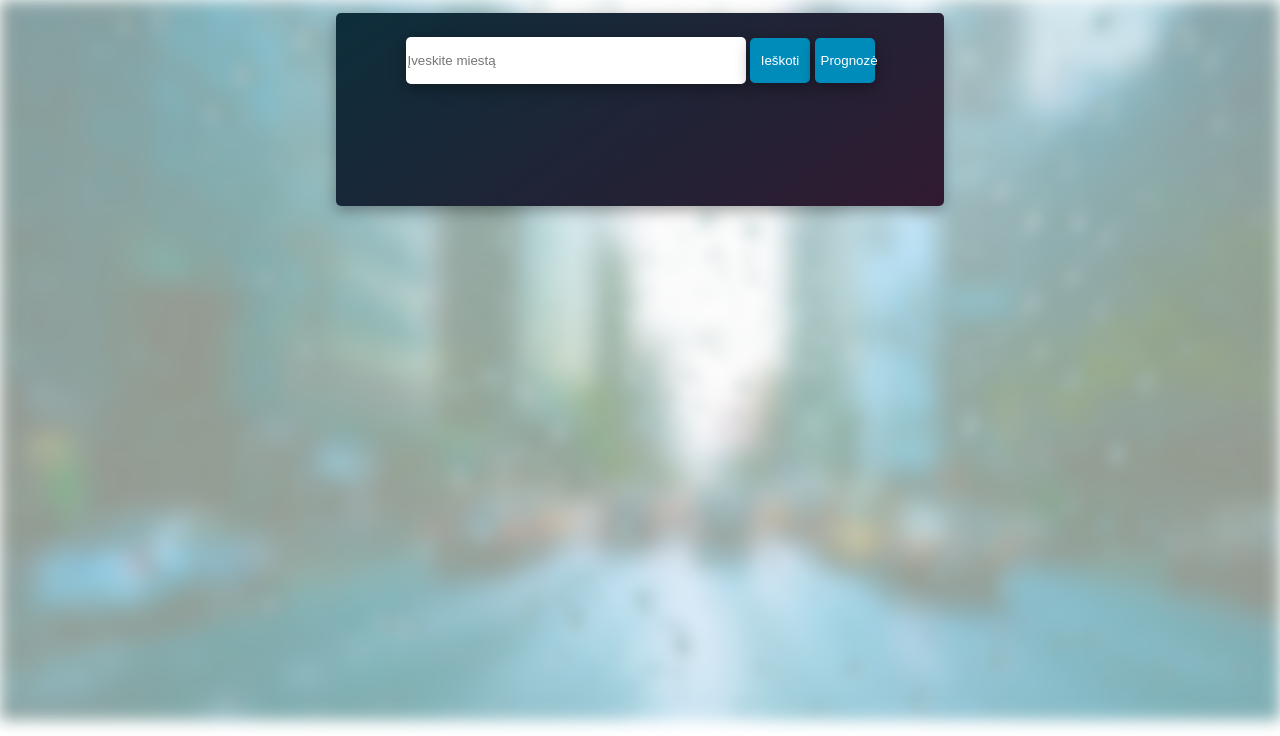
Repository: daxazz1/Weather-app
Page: index.html
An editor plug-in stored every save of this project. The page is shown before and after the next save, followed by the edit.
The browser window is 1280 px wide. The pictures show the whole page.

Above is the page before, as saved 2021-11-08 14:51:07.

### index.html
<!DOCTYPE html>
<html lang="en">
<head>
    <meta charset="UTF-8">
    <meta http-equiv="X-UA-Compatible" content="IE=edge">
    <meta name="viewport" content="width=device-width, initial-scale=1.0">
    <title>Simple weather app</title>
    <link rel="stylesheet" href="style.css">
    <link rel="preconnect" href="https://fonts.googleapis.com">
    <script src="resources/script.js" defer></script>

</head>
<body>
  <div class="content">
    <div id="wrapper1">
      <div class="input">
        <input id="city" placeholder="Įveskite miestą" required/>
        <button id="search">Ieškoti</button>
        <button id="prognoze">Prognozė</button>
      </div>
          <p class="dt"> <span id="datetime"></span></p>
          <div class="siandien">
          <img id="penktas">
          <div id="pirmas"></div>
          <div id="antras"></div>
          <div id="trecias"></div>
          <div id="ketvirtas"></div>
          </div>
          <br><br>
          <!--<button id="prognoze">Prognozė</button>-->
    </div>

    <div id="wrapper2">

      <h1 id="h1"></h1>

    <div class="wrap">

      <div class="rytoj1">
        <table>
          <tr>
            <td><h4 id="h4-1"></h4></td>
            <td><img id="sesto-icon"/></td>
            <td><div id="sestas"></div></td>
            <td><div id="septintas"></div></td>
            <td><div id="astuntas"></div></td>
          </tr>
    </div>

    <div class="rytoj2">

        <tr>
      <td><h4 id="h4-2"></h4></td>
      <td> <img id="devinto-icon"/></td>
      <td> <div id="devintas"></div></td>
      <td> <div id="desimtas"></div></td>
      <td> <div id="vienuoliktas"></div></td>
       </tr>

    </div>

    <div class="rytoj3">

        <tr>
          <td> <h4 id="h4-3"></h4></td>
          <td> <img id="dvylikto-icon"/></td>
          <td> <div id="dvyliktas"></div></td>
          <td> <div id="tryliktas"></div></td>
          <td> <div id="keturioliktas"></div></td>
      </tr>
    </table>
    </div>
  </div>
  </div>

</div>


</body>
</html>

### style.css
#wrapper1,
#wrapper2 {
  color: white;
  width: 35rem;
  text-align: center;
  border-radius: 5px;
  margin: 5px;
  background-color: rgb(255, 255, 255);
  padding: 1.5rem;
  box-shadow: rgba(0, 0, 0, 0.35) 0px 5px 15px;
  background: linear-gradient(0.4turn, #0d2e3b, #311a31);
}

.wrap {
  justify-content: space-around;
  margin-top: 60px;
}
#city {
  width: 60%;
  height: 45px;
  border-radius: 5px;
  border: none;
  box-shadow: rgba(0, 0, 0, 0.35) 0px 5px 15px;
}
button {
  width: 60px;
  height: 45px;
  border: 1px;
  border-radius: 5px;
  color: white;
  background-color: #008cba;
  box-shadow: rgba(0, 0, 0, 0.35) 0px 5px 15px;
  animation: both;
}
button:hover {
  background-color: #1b9cc7;
}

.dt {
  color: rgb(255, 255, 255);
  font-size: 14px;
  padding-top: 10px;
}

#pirmas {
  font-weight: 500;
  font-size: 36px;
}
.rytoj1,
.rytoj2,
.rytoj3 {
  font-size: 12px;
}

#prognoze:hover {
  background-color: #1b9cc7;
}

#h4-1,
#h4-2,
#h4-3 {
  font-size: 12px;
}

body {
  display: flex;
  height: 100vh;
  justify-content: center;
  font-family: -apple-system, BlinkMacSystemFont, "Segoe UI", Roboto, Oxygen,
    Ubuntu, Cantarell, "Open Sans", "Helvetica Neue", sans-serif;
}
body::after {
  content: "";
  background: url(/pics/backg.jpg);
  opacity: 0.5;
  top: 0;
  left: 0;
  bottom: 0;
  right: 0;
  position: absolute;
  z-index: -1;
  background-size: cover;
  filter: blur(8px);
}

### resources/script.js
let apiKey = '460522f216939cb477f8b66006be7948' // jusu api key
let lang = 'lt' // kalba
let units = 'metric' // naudojama metrine sistema
let city = 'Vilnius' // miestas irasytas inpute

let cityName = document.getElementById('city')
let searchButton = document.getElementById('search')

// uzdedu click eventa ant search mygtuko
searchButton.addEventListener('click', getDataFromApi)

// funkcija kuri gauna duomenis is API
function getDataFromApi() {
    // paimu irasyta miesta is input ir nustatau
    city = cityName.value

    // url yra skirtas pasiimti duomenis is api
    let url = 'https://api.openweathermap.org/data/2.5/forecast?' +
        'q=' + city +
        '&units=' + units +
        '&lang=' + lang +
        '&appid=' + apiKey

    // su fetch funkcija pasiimu duomenis is api (asinchronine funkcija)
    fetch(url)
        .then(response => response.json())
        // data => jusu kodas
        .then(function (data) {
            //paduodu gautus duomenis i funkcija
            showWeatherInDom(data)
        });
}


document.getElementById("wrapper2").style.display = 'none';



// funkcija kuri gauna duomenis ir juos atvaizduoja
function showWeatherInDom(data) {
    // tikrinu ar mano response yra geras
    if (data.cod === '200') {






    // /prognoze siai dienai

        document.getElementById("pirmas").innerHTML =  data.city.name;
        document.getElementById("antras").innerHTML = "Temperatūra: " + Math.round(data.list[0].main.temp) +" °C / " + "Jaučiama:  " + Math.round(data.list[0].main.feels_like) +" °C";
        document.getElementById("trecias").innerHTML = "Vėjo greitis: " + data.list[0].wind.speed + " m/s";
        document.getElementById("ketvirtas").innerHTML = data.list[0].weather[0].description;


        let iconCode =  data.list[0].weather[0].icon;
        let iconUrl = 'http://openweathermap.org/img/wn/' + iconCode + '@2x.png';
        let image = document.getElementById("penktas");
        image.src = iconUrl;

        console.log(data.list)

        //prognoze rytoj

        document.getElementById("sestas").innerHTML =  "Temperatūra: " + Math.round(data.list[6].main.temp) +" °C / " + "Jaučiama:  " + Math.round(data.list[6].main.feels_like) +" °C";
        document.getElementById("septintas").innerHTML = "Vėjo greitis: " + data.list[6].wind.speed + " m/s";
        document.getElementById("astuntas").innerHTML = data.list[6].weather[0].description;

        let iconCode2 =  data.list[6].weather[0].icon;
        let image2 = document.getElementById("sesto-icon");
        let iconUrl2 = 'http://openweathermap.org/img/wn/' + iconCode2 + '@2x.png';
        image2.src = iconUrl2;

     //prognoze poryt

        document.getElementById("devintas").innerHTML =  "Temperatūra: " + Math.round(data.list[14].main.temp) +" °C / " + "Jaučiama:  " + Math.round(data.list[14].main.feels_like) +" °C";
        document.getElementById("desimtas").innerHTML = "Vėjo greitis: " + data.list[14].wind.speed + " m/s";
        document.getElementById("vienuoliktas").innerHTML = data.list[14].weather[0].description;

        let iconCode3 =  data.list[14].weather[0].icon;
        let image3 = document.getElementById("devinto-icon");
        let iconUrl3 = 'http://openweathermap.org/img/wn/' + iconCode3 + '@2x.png';
        image3.src = iconUrl3;

     //prognoze po 2 dienu

        document.getElementById("dvyliktas").innerHTML =  "Temperatūra: " + Math.round(data.list[22].main.temp) +" °C / " + "Jaučiama:  " + Math.round(data.list[22].main.feels_like) +" °C";
        document.getElementById("tryliktas").innerHTML = "Vėjo greitis: " + data.list[22].wind.speed + " m/s";
        document.getElementById("keturioliktas").innerHTML = data.list[22].weather[0].description;

        let iconCode4 =  data.list[22].weather[0].icon;
        let image4 = document.getElementById("dvylikto-icon");
        let iconUrl4 = 'http://openweathermap.org/img/wn/' + iconCode4 + '@2x.png';
        image4.src = iconUrl4;






        document.getElementById("h1").textContent = "Prognozė";
        document.getElementById("h4-1").innerHTML = data.list[6].dt_txt;
        document.getElementById("h4-2").textContent = data.list[14].dt_txt;
        document.getElementById("h4-3").textContent = data.list[22].dt_txt;

        //Šios dienos data
        let dt = new Date();
        document.getElementById("datetime").innerHTML = "Data: " + dt.toLocaleString();

    } else {
        console.log('Kazkas negerai', data)
    }
}

//miesto pasirinkimas Enter mygtuku

let input = document.getElementById("city");
input.addEventListener("keyup", function(event) {
    if (event.keyCode === 13) {
        event.preventDefault();
        document.getElementById("search").click();
    }
});

//prognozes langas appear/dissapear

function tomorrowWeatherDiv() {

    const wrapperis = document.getElementById('wrapper2');
    if (wrapperis.style.display !== "none") {
        wrapperis.style.display = "none";
    }else {
        wrapperis.style.display = "block";
        }
    }
document.getElementById("prognoze").addEventListener('click', tomorrowWeatherDiv)

After the next save:
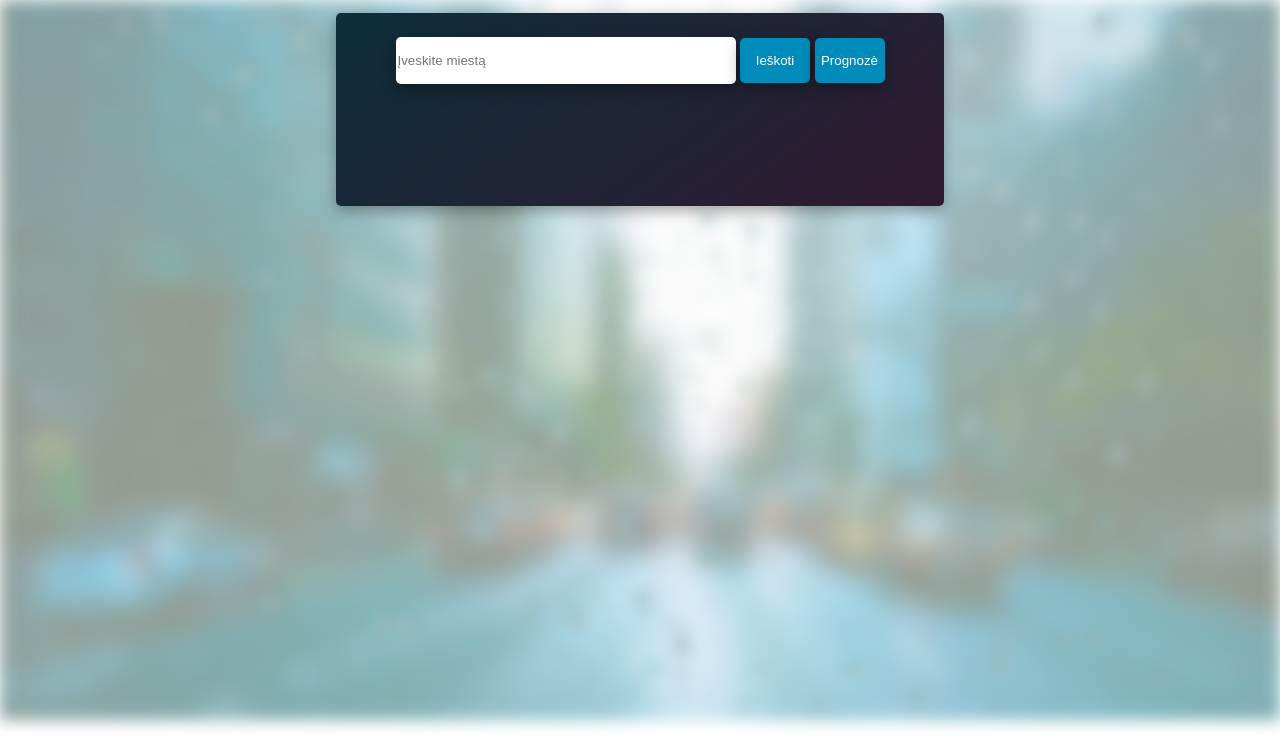
Saved 14 s later.
--- a/style.css
+++ b/style.css
@@ -23,7 +23,7 @@
   box-shadow: rgba(0, 0, 0, 0.35) 0px 5px 15px;
 }
 button {
-  width: 60px;
+  width: 70px;
   height: 45px;
   border: 1px;
   border-radius: 5px;
